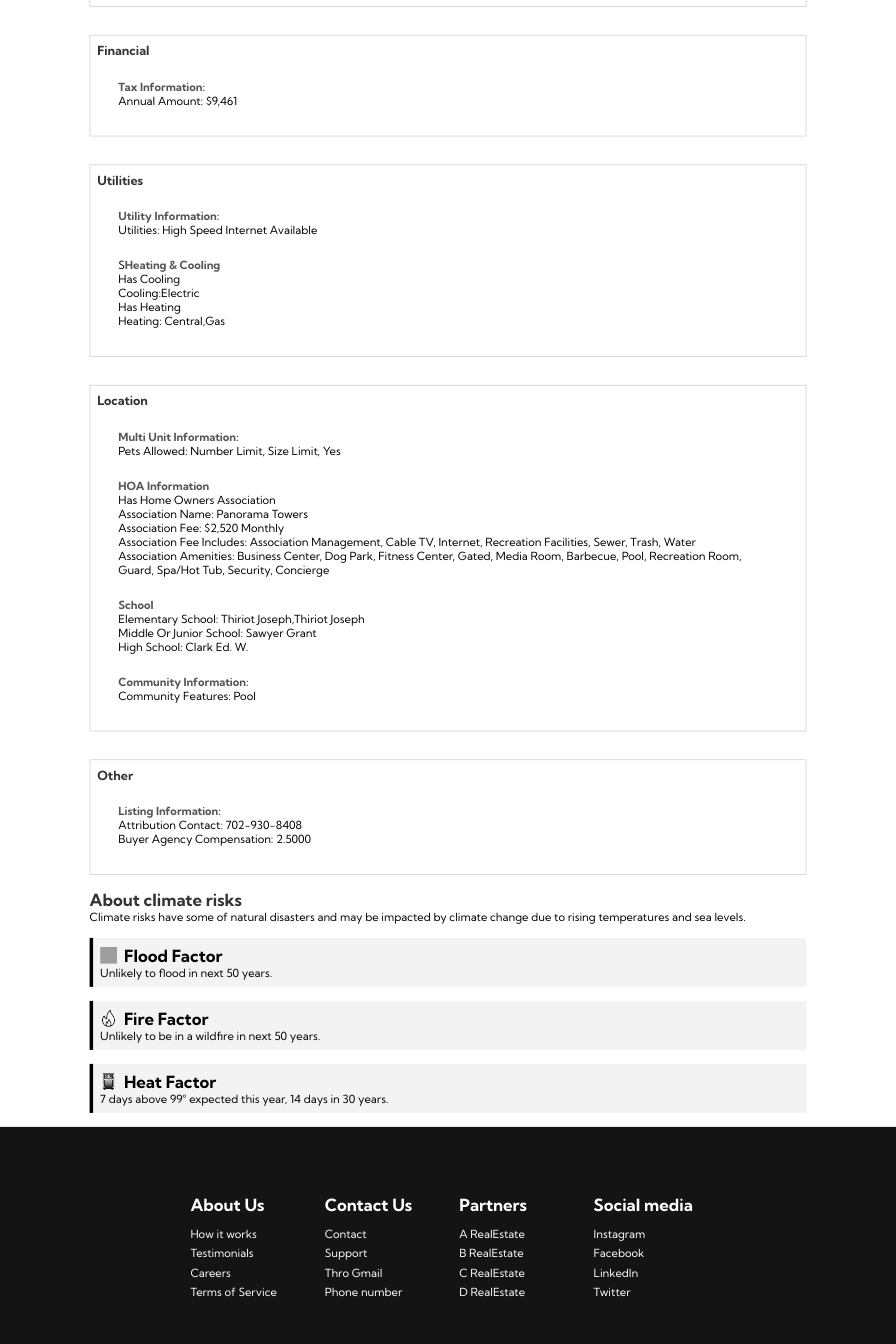
Repository: MrAllin1/ProgWWW_23_Gr1
Page: pages/House1.html
These files come from the project's save history. The page is drawn as it stood at one moment and after the next save; the edit follows.
The browser window is 1280 px wide. The pictures show the part of the page from y = 3717 to 5637 px (the page is 5757 px tall before and 5442 px after), at 70% of full size.
Pictures or frames that could not be fetched are drawn as grey boxes. A picture or video elsewhere on the page could not be fetched, so the positions and the page height are approximate. Some web libraries are served in a nearby version.

Above is the page before, as saved 2024-01-11 07:58:18.

### pages/House1.html
<!DOCTYPE html>
<html lang="en">
<head>
    <meta charset="UTF-8">
    <meta name="viewport" content="width=device-width, initial-scale=1.0">
    <link rel="stylesheet" type="text/css" href="../pages/stylesForHouse.css">
    <script src="https://kit.fontawesome.com/186711ed6a.js" crossorigin="anonymous"></script>
    <link rel="preconnect" href="https://fonts.googleapis.com">
    <link rel="preconnect" href="https://fonts.gstatic.com" crossorigin>
    <link href="https://fonts.googleapis.com/css2?family=Kumbh+Sans:wght@400;700&display=swap" rel="stylesheet">
    <link rel="stylesheet" href="https://cdnjs.cloudflare.com/ajax/libs/font-awesome/5.15.4/css/all.min.css">
    <title>House on Seattle</title>
</head>
<body>
    <nav class="navbar">
        <div class="navbar_container">
            <a href="/" id="navbar_logo"> <i class="fas fa-house-flag"></i>AFA</a>
            <div class="navbar_toggle" id="mobile-menu">
                <span class="bar"></span>
                <span class="bar"></span>
                <span class="bar"></span>
            </div>
            <ul class="navbar_menu">
                <li class="navbar_item">
                    <a href="#home" class="navbar_link">Home</a>
                </li>
                <li class="navbar_item">
                    <a href="#services" class="navbar_link">Services</a>
                </li>
                <li class="navbar_item">
                    <a href="/pages/BuyRent.html" class="navbar_link">Buy/Rent</a>
                </li>
                <li class="navbar_item">
                    <a href="/pages/sell.html" class="navbar_link">Sell</a>
                </li>
                <li class="navbar_btn">
                    <a href="/pages/signUp.html" class="button">Sign Up</a>
                </li>
            </ul>
        </div>
    </nav>
    <div class="gallery-container">
        <h1>Welcome to the Seattle, WA 98177 House</h1> </br>
        <a href="https://www.google.com/maps/place/12253+9th+Ave+NW,Seattle,WA+98177" target="_blank" class="services_link">12253 9th Ave NW, Seattle, WA 98177</a>
        <p>$1,099,000</p>
        <span>195 square meters</span>
        <div class="gallery">
            <img src="/images/House_2/item_1.jpg" alt="Image 1" />
            <img src="/images/House_2/item_2.jpg" alt="Image 2" />
            <img src="/images/House_2/item_3.jpg" alt="Image 3" />
            <img src="/images/House_2/item_4.jpg" alt="Image 4" />
            <img src="/images/House_2/item_5.jpg" alt="Image 5" />
            <img src="/images/House_2/item_6.jpg" alt="Image 6" />
            <img src="/images/House_2/item_7.jpg" alt="Image 7" />
            <img src="/images/House_2/item_8.jpg" alt="Image 8" />
            <img src="/images/House_2/item_9.jpg" alt="Image 9" />
            <img src="/images/House_2/item_10.jpg" alt="Image 10" />
            <img src="/images/House_2/item_11.jpg" alt="Image 11" />
            <img src="/images/House_2/item_12.jpg" alt="Image 12" />
            <img src="/images/House_2/item_13.jpg" alt="Image 13" />
            <img src="/images/House_2/item_14.jpg" alt="Image 14" />
            <img src="/images/House_2/item_15.jpg" alt="Image 15" />
            <img src="/images/House_2/item_16.jpg" alt="Image 16" />
            <img src="/images/House_2/item_17.jpg" alt="Image 17" />
            <img src="/images/House_2/item_18.jpg" alt="Image 18" />
            <img src="/images/House_2/item_19.jpg" alt="Image 19" />
            <img src="/images/House_2/item_20.jpg" alt="Image 20" />
            <img src="/images/House_2/item_21.jpg" alt="Image 21" />
            <img src="/images/House_2/item_22.jpg" alt="Image 22" />
            <img src="/images/House_2/item_23.jpg" alt="Image 23" />
</div>

          <button class="arrow-button left">&#8249;</button>
          <button class="arrow-button right">&#8250;</button>
          <p><strong> About this home</strong></br> Lovely Puget Sound and Olympic Mountain views in this well-maintained Broadview home! Ready for your personal touches, this spacious home has hardwood flooring, huge windows for enjoying the stunning water views, kitchen with breakfast bar, sunny dining area, and 2 large living spaces, each with a cozy fireplace. Plenty of room for everyone with 4 good sized bedrooms, and a versatile layout. Head outside to the spacious deck with water views, and down below a fenced yard with a patio, and built-in raised garden beds. Just steps from Carkeek Park & Beach, easy access to I-5, and located near plenty of restaurants, shops, & more. Don't miss out on this opportunity to be a part of the Broadview Community!</p>
    </div>
</br>
    <div class="property-features">
      <div class="feature">
        <i class="far fa-clock"></i> 5 days on AFA
      </div>
      <div class="feature">
        <i class="fas fa-warehouse"></i> Has garage
      </div>
      <div class="feature">
        <i class="fas fa-home"></i> Single family
      </div>
      <div class="feature">
        <i class="fas fa-landmark"></i> 711 square meters
      </div>
      <div class="feature">
        <i class="fas fa-hand-holding-usd"></i> $2,520 monthly HOA fee
      </div>
      <div class="feature">
        <i class="fas fa-tools"></i> Built in 2005
      </div>
      <div class="feature">
        <i class="fas fa-map-marker-alt"></i> Seattle
      </div>
      <div class="feature">
        <i class="fas fa-soap"></i>In-unit laundry (washer and dryer)
      </div>
      <div class="feature">
        <i class="fas fa-dollar-sign"></i> $523 for sq m
    </div>
      <div class="feature">
        <i class="fas fa-home"></i> Broadview
      </div>
    </div>

    <div class="container">
        <h1>Property details for 12253 9th Ave NW</h1>
            <div class="details">
                <div class="section">
                    <h2>Parking</h2>
                    <ul>
                        <li><strong>Parking:</strong></br> Covered Spaces: 2</br>Parking Total: 2</br>Parking Features: Driveway, Attached Garage</br>Has Attached Garage</br>Has Garage</li>
                    </ul>
                </div>
            </div>

            <div class="details">
                <div class="section">
                    <h2>Interior</h2>
                    <ul>
                        <li><strong>Bedroom Information</strong> </br># of Bedrooms: 4 </br># of Bedrooms Main: 2</br># of Beds Lower: 2</br>Bedrooms Possible: 4</li>
                        <li><strong>Bathroom Information</strong> </br># of Full Baths (Total): 1</br># of Three Quarter Baths (Total): 1</br># of Full Baths (Main): 1</br># of Three Quarter Baths (Lower): 1</br># of Bathtubs: 1</br># of Showers: 2</li>
                        <li><strong>Room 1 Information</strong> </br>Room Type: Entry Hall</br>Room Level: Main</li>
                        <li><strong>Room 2 Information</strong> </br>Room Type: Bedroom</br>Room Level: Main</li>
                        <li><strong>Room 3 Information</strong> </br>Room Type: Bedroom</br>Room Level: Main</li>
                        <li><strong>Room 4 Information</strong> </br>Room Type: Kitchen With Eating Space</br>Room Level: Main</li>
                        <li><strong>Room 5 Information</strong></br> Room Type: Dining Room </br>Room Level: Main</li>
                        <li><strong>Room 6 Information</strong></br> Room Type: Living Room </br>Room Level: Lower</li>
                        <li><strong>Room 7 Information</strong></br> Room Type: Family Room</br>Room Level: Lower</li>
                        <li><strong>Room 8 Information</strong> </br>Room Type: Bedroom</br>Room Level: Lower</li>
                        <li><strong>Room 9 Information</strong> </br>Room Type: Bedroom</br>Room Level: Lower</li>
                        <li><strong>Room 10 Information</strong></br> Room Type: Bathroom Full </br>Room Level: Main</li>
                        <li><strong>Room 11 Information</strong></br> Room Type: Bathroom Three Quarter </br>Room Level: Lower</li>
                        <li><strong>Room 12 Information</strong></br> Room Type: Utility Room</br>Room Level: Lower</li>
                        <li><strong>Basement Information</strong> </br>Basement Features: Daylight</li>
                        <li><strong>Fireplace Information</strong></br> Has Fireplace</br> # of Fireplaces: 2</br>Fireplace Features: Wood Burning</br> # of Fireplaces Main: 1</br> # of Fireplaces Lower: 1</li>
                        <li><strong>Equipment</strong></br>Has Heating</br>Heating Information: Radiant</br>Cooling Information: None</li>
                    </ul>
                </div>
            </div>
                <div class="details">
                <div class="section">
                    <h2>Exterior</h2>
                    <ul>
                        <li><strong>Building Information:</strong></br> Building Information: Built On Lot</br>Roof: Composition</li>
                        <li><strong>Exterior Features</strong></br>Exterior Features: Brick, Wood</li>
                        <li><strong>Pool Information</strong></br> Pool Features:Community</li>
                        <li><strong>Property Information</strong></br> Energy Source: Oil</br>Style Code: 16 - 1 Story w/Bsmnt</li>

                    </ul>
                </div>
            </div>
            <div class="details">
                <div class="section">
                    <h2>Financial</h2>
                    <ul>
                        <li><strong>Tax Information:</strong> </br>Annual Amount: $9,461</li>
                    </ul>
                </div>
            </div>

            <div class="details">
                <div class="section">
                    <h2>Utilities</h2>
                    <ul>
                        <li><strong>Utility Information:</strong></br> Utilities: High Speed Internet Available</li>
                        <li>S<strong>Heating & Cooling</strong></br> Has Cooling</br>Cooling:Electric</br>Has Heating</br>Heating: Central,Gas</li>
                    </ul>
                </div>
            </div>


            <div class="details">
                <div class="section">
                    <h2>Location</h2>
                    <ul>
                        <li><strong>Multi Unit Information:</strong></br> Pets Allowed: Number Limit, Size Limit, Yes</li>
                        <li><strong>HOA Information</strong> </br>Has Home Owners Association </br>Association Name: Panorama Towers </br>Association Fee: $2,520 Monthly</br>Association Fee Includes: Association Management, Cable TV, Internet, Recreation Facilities, Sewer, Trash, Water</br>Association Amenities: Business Center, Dog Park, Fitness Center, Gated, Media Room, Barbecue, Pool, Recreation Room, Guard, Spa/Hot Tub, Security, Concierge</li>
                        <li><strong>School</strong></br>  Elementary School: Thiriot Joseph,Thiriot Joseph</br>Middle Or Junior School: Sawyer Grant</br>High School: Clark Ed. W.</li>
                        <li><strong>Community Information:</strong></br>Community Features: Pool</li>
                    </ul>
                </div>
            </div>


            <div class="details">
                <div class="section">
                    <h2>Other</h2>
                    <ul>
                        <li><strong>Listing Information:</strong></br> Attribution Contact: 702-930-8408</br>Buyer Agency Compensation: 2.5000</li>
                    </ul>
                </div>
            </div>
        </div>
    </div>



      <div class="container">
        <h1>About climate risks</h1>
        <p>Climate risks have some of natural disasters and may be impacted by climate change due to rising temperatures and sea levels.</p>

        <div class="risk-factor" id="floodRisk">
            <h2>Flood Factor</h2>
            <p>Unlikely to flood in next 50 years.</p>
        </div>

        <div class="risk-factor" id="fireRisk">
            <h2>Fire Factor</h2>
            <p>Unlikely to be in a wildfire in next 50 years.</p>
        </div>

        <div class="risk-factor" id="heatRisk">
            <h2>Heat Factor</h2>
            <p>7 days above 99° expected this year, 14 days in 30 years.</p>
        </div>
    </div>
    <div class="footer_container">
        <div class="footer_links">
            <div class="footer_link-wrapper">
                <div class="footer_link-items">
                    <h2>About Us</h2>
                    <a href="/">How it works</a>
                    <a href="/">Testimonials</a>
                    <a href="/">Careers</a>
                    <a href="/">Terms of Service</a>
                </div>
                <div class="footer_link-items">
                    <h2>Contact Us</h2>
                    <a href="/">Contact</a>
                    <a href="/">Support</a>
                    <a href="/">Thro Gmail</a>
                    <a href="/">Phone number</a>
                </div>
            </div>
            <div class="footer_link-wrapper">
                <div class="footer_link-items">
                    <h2>Partners</h2>
                    <a href="/">A RealEstate</a>
                    <a href="/">B RealEstate</a>
                    <a href="/">C RealEstate</a>
                    <a href="/">D RealEstate</a>
                </div>
                <div class="footer_link-items">
                    <h2>Social media</h2>
                    <a href="https://www.instagram.com" target="_blank">Instagram</a>
                    <a href="https://www.facebook.com" target="_blank">Facebook</a>
                    <a href="https://www.linkedin.com" target="_blank">LinkedIn</a>
                    <a href="https://www.twitter.com" target="_blank">Twitter</a>
                </div>
            </div>
        </div>
        <div class="social_media">
            <div class="social_media-wrap">
                <div class="footer_logo">
                    <a href="/" id="footer_logo"> <i class="fas fa-house-flag"></i>AFA</a>
                </div>
                <p class="website_rights">AFA © 2023.All rights reserved</p>
                <div class="social_icons">
                    <a href="/" class="social_icon_link" target="_blank"><i class="fab fa-facebook"></i></a>
                    <a href="https://www.instagram.com" class="social_icon_link" target="_blank"><i class="fab fa-instagram"></i></a>
                    <a href="https://www.facebook.com" class="social_icon_link" target="_blank"><i class="fab fa-youtube"></i></a>
                    <a href="https://www.twitter.com" class="social_icon_link" target="_blank"><i class="fab fa-twitter"></i></a>
                    <a href="https://www.linkedin.com" class="social_icon_link" target="_blank"><i class="fab fa-linkedin"></i></a>
                </div>
            </div>
        </div>
    </div>

    <script src="../app.js"></script>

</body>
</html>

Loaded but not shown: app.js (155 lines, source omitted); pages/stylesForHouse.css (787 lines, source omitted)

After the next save:
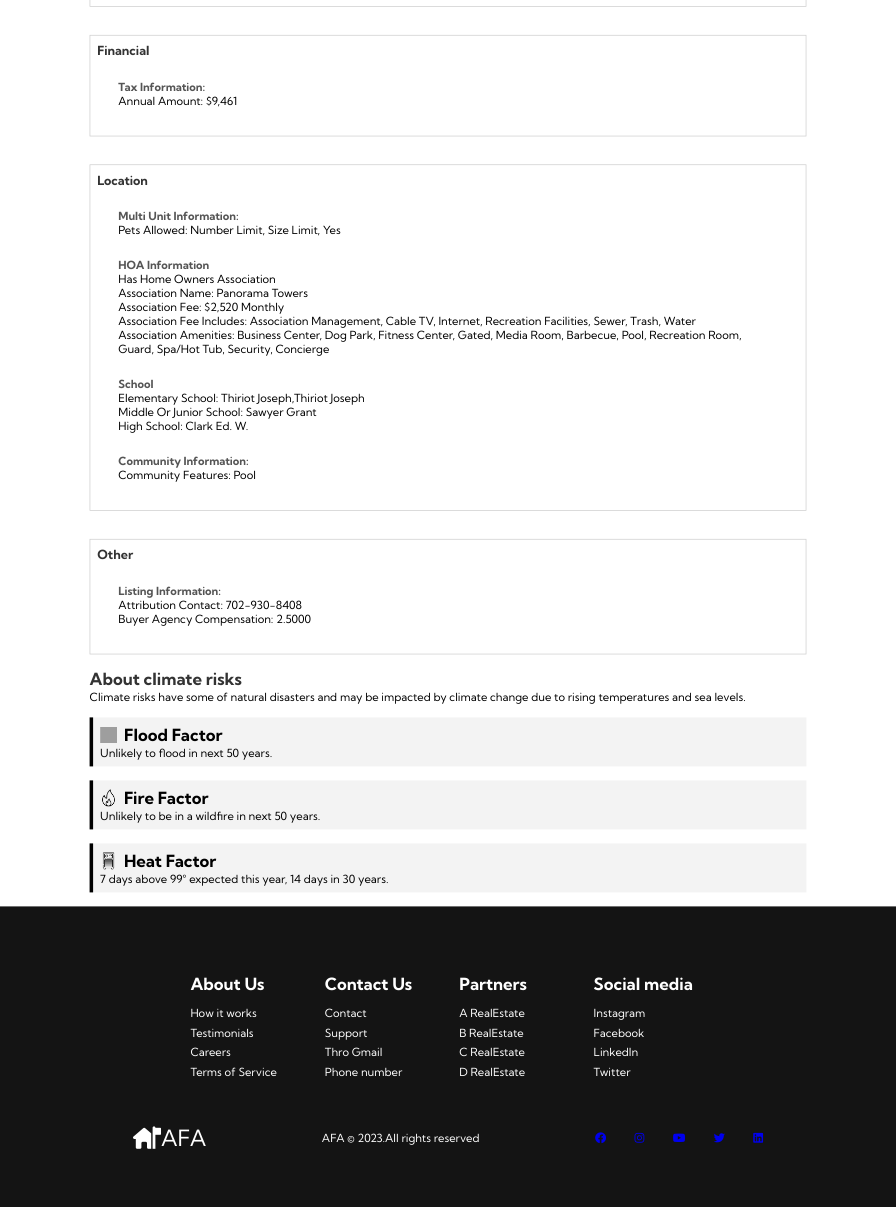
Saved 14 s later.
--- a/pages/House1.html
+++ b/pages/House1.html
@@ -163,18 +163,6 @@
                     </ul>
                 </div>
             </div>
-
-            <div class="details">
-                <div class="section">
-                    <h2>Utilities</h2>
-                    <ul>
-                        <li><strong>Utility Information:</strong></br> Utilities: High Speed Internet Available</li>
-                        <li>S<strong>Heating & Cooling</strong></br> Has Cooling</br>Cooling:Electric</br>Has Heating</br>Heating: Central,Gas</li>
-                    </ul>
-                </div>
-            </div>
-
-
             <div class="details">
                 <div class="section">
                     <h2>Location</h2>
